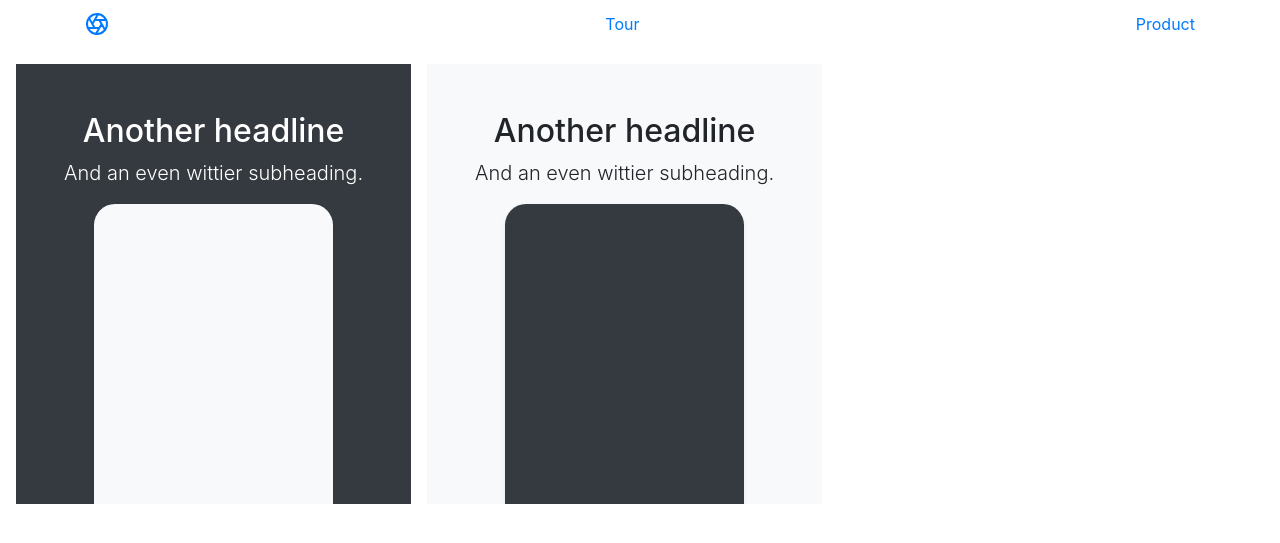
Repository: mapp1990/pasarela
Page: http://localhost/producto
These files come from the project's save history. The page is drawn as it stood at one moment and after the next save; the edit follows.
The browser window is 1280 px wide. The pictures show the whole page.
The page is served by the project's Laravel application, run on PHP 8.4 with Laravel 9.

Above is the page before, as saved 2022-05-27 17:33:28.

After the next save:
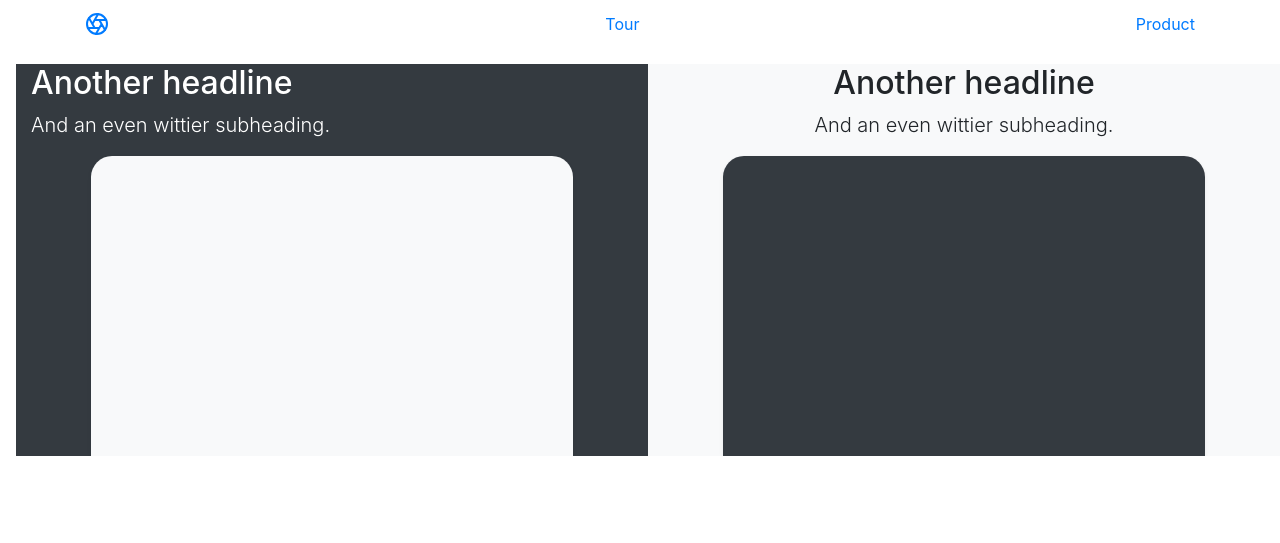
Saved 62 s later.
--- a/resources/views/productos.blade.php
+++ b/resources/views/productos.blade.php
@@ -18,14 +18,14 @@
     </nav>
 
     <div class="d-md-flex flex-md-equal w-100 my-md-3 pl-md-3">
-        <div class="bg-dark mr-md-3 pt-3 px-3 pt-md-5 px-md-5 text-center text-white overflow-hidden">
+        <div class="bg-dark col-6 text-white overflow-hidden">
             <div class="my-6 py-6">
             <h2 class="display-5">Another headline</h2>
             <p class="lead">And an even wittier subheading.</p>
             </div>
             <div class="bg-light shadow-sm mx-auto" style="width: 80%; height: 300px; border-radius: 21px 21px 0 0;"></div>
         </div>
-        <div class="bg-light mr-md-3 pt-3 px-3 pt-md-5 px-md-5 text-center overflow-hidden">
+        <div class="bg-light col-6 text-center overflow-hidden">
             <div class="my-6 p-6">
             <h2 class="display-5">Another headline</h2>
             <p class="lead">And an even wittier subheading.</p>
